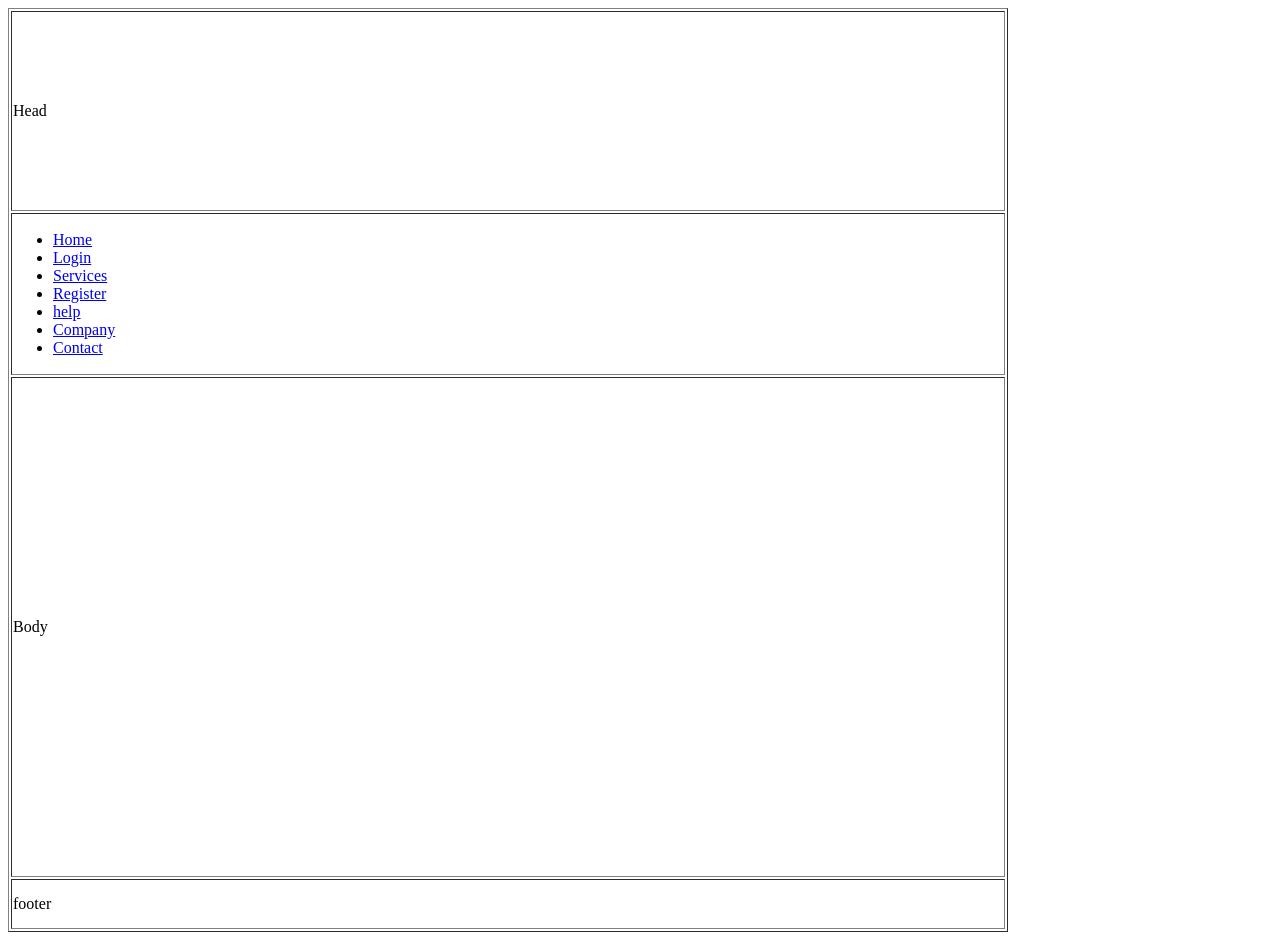
Repository: PraveenRavipati/MyWork
Page: Java/workspaces/office Java WorkScapces/works/javaTraining/WebContent/home.html
The author's editor kept a copy of each file at every save. The page is drawn from the files as they stood at one save, then again after the next save.
The browser window is 1280 px wide. The pictures show the whole page.
Pictures or frames that could not be fetched are drawn as grey boxes.

Above is the page before, as saved 2014-06-02 10:08:43.

### Java/workspaces/office Java WorkScapces/works/javaTraining/WebContent/home.html
<!DOCTYPE html PUBLIC "-//W3C//DTD HTML 4.01 Transitional//EN" "http://www.w3.org/TR/html4/loose.dtd">
<html>
<head>
<meta http-equiv="Content-Type" content="text/html; charset=UTF-8">
<title>Insert title here</title>
</head>
<body>
	<table border="1" width="1000">
		<tr height="200">
			<td>Head</td>
		</tr>
		<tr height="50">
			<td><div id="templatemo_menu">
                <ul>
                    <li><a href="home.html" class="current">Home</a></li>
                    <li><a href="Login.html">Login</a></li>
                    <li><a href="Services.html">Services</a></li>
                    <li><a href="Register.html">Register</a></li>
                    <li><a href="#">help</a></li>
                    <li><a href="#">Company</a></li>
                    <li><a href="Contactus.html" class="last">Contact</a></li>
                </ul>
            </div></td>
		</tr>
		<tr height="500">
			<td>Body</td>
		</tr>
		<tr height="50">
			<td>footer</td>
		</tr>
	</table>
</body>
</html>

### Java/workspaces/office Java WorkScapces/works/javaTraining/WebContent/style.css
input {
	width: 200px;
	height: 20px;
	background-color: inactivecaption;

}
.submit{
	width: 100px;
	height: 30px;
	background-color: aqua;
	border-style: hidden;
}
#templatemo_menu {
	float: left;
	width: 900px;
	height: 48px;
	background: url(./images/templatemo_menu_bg.jpg);
	padding: 5px 0 0 0;
}

#templatemo_menu ul {
	float: right;
	margin: 0px;
	padding: 0 0 0 0;
	width: 900px;
	list-style: none;
}

#templatemo_menu ul li {
	display: inline;
}

#templatemo_menu ul li a {
	float: left;
	padding: 11px 40px;
	text-align: center;
	font-size: 12px;
	text-align: center;
	text-decoration: none;
	background: url(images/templatemo_menu_divider.png) center right no-repeat;
	color: #fff;
	font-family: Arial, Helvetica, sans-serif;
	font-size: 13px;
	outline: none;
}

#templatemo_menu li a:hover, #templatemo_menu li .current {
	color: #ffeb00;
}

#templatemo_menu li .last {
	background: none;
}

After the next save:
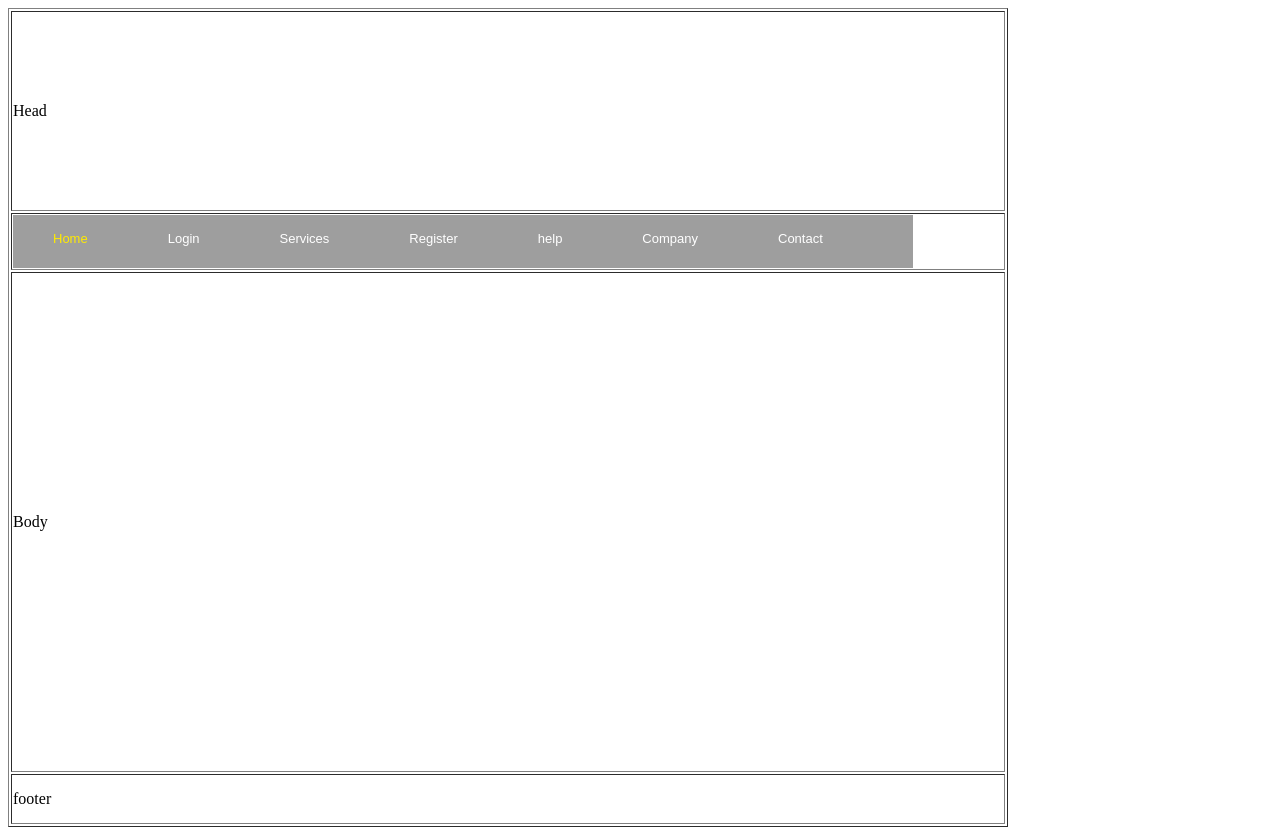
Saved 26 s later.
--- a/Java/workspaces/office Java WorkScapces/works/javaTraining/WebContent/home.html
+++ b/Java/workspaces/office Java WorkScapces/works/javaTraining/WebContent/home.html
@@ -3,6 +3,7 @@
 <head>
 <meta http-equiv="Content-Type" content="text/html; charset=UTF-8">
 <title>Insert title here</title>
+<link href="style.css" rel="stylesheet" type="text/css">
 </head>
 <body>
 	<table border="1" width="1000">
